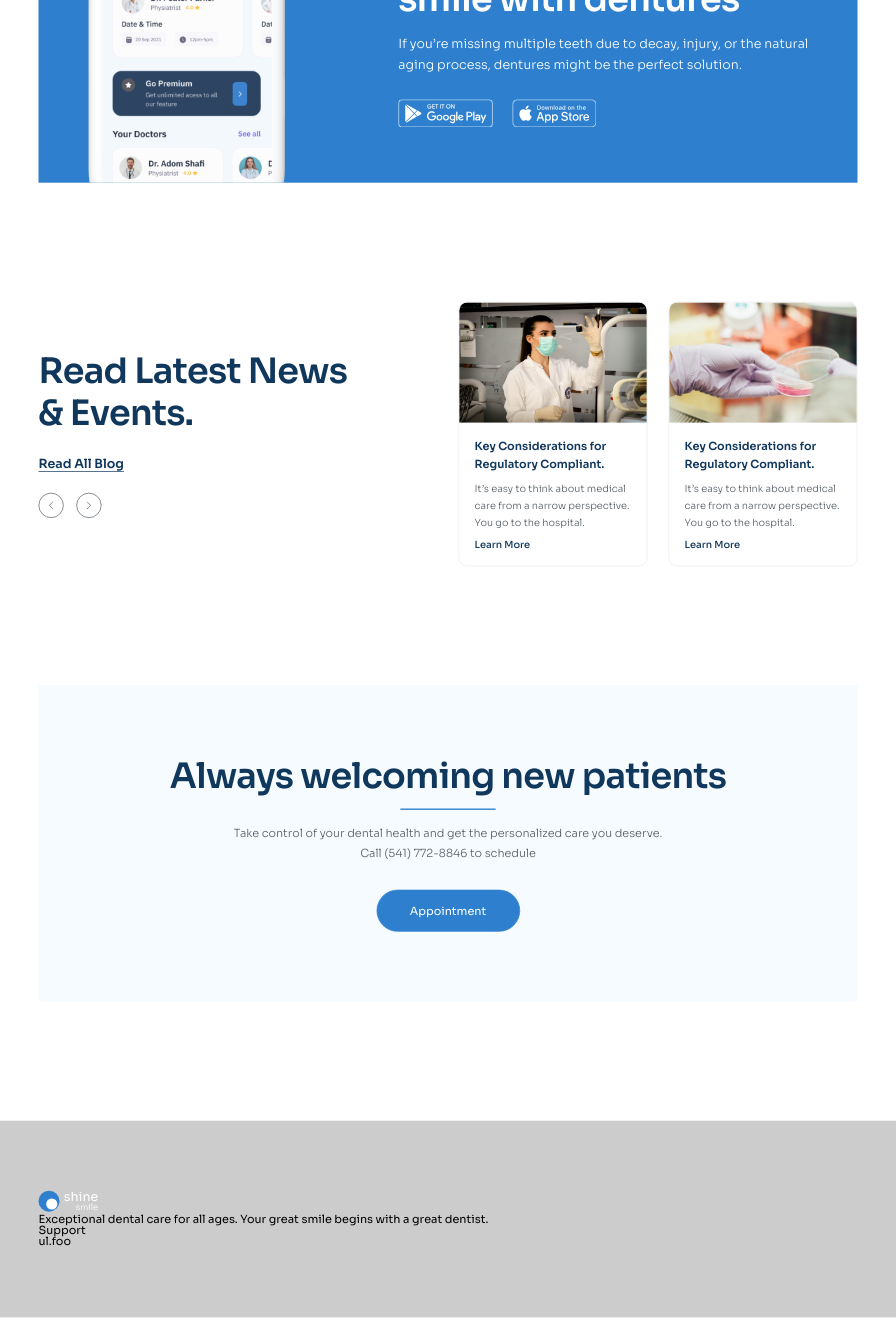
Repository: han2003dz/f8-project-03
Page: index.html
These files come from the project's save history. The page is drawn as it stood at one moment and after the next save; the edit follows.
The browser window is 1280 px wide. The pictures show the part of the page from y = 4580 to 6500 px (the page is 8000 px tall), at 70% of full size.

Above is the page before, as saved 2023-05-09 00:08:22.

### index.html
<!DOCTYPE html>
<html lang="en">

<head>
    <meta charset="UTF-8">
    <meta http-equiv="X-UA-Compatible" content="IE=edge">
    <meta name="viewport" content="width=device-width, initial-scale=1.0">
    <title>Shine Smile</title>
    <!-- favicon -->
    <link rel="apple-touch-icon" sizes="57x57" href="./assets/favicon/apple-icon-57x57.png">
    <link rel="apple-touch-icon" sizes="60x60" href="./assets/favicon/apple-icon-60x60.png">
    <link rel="apple-touch-icon" sizes="72x72" href="./assets/favicon/apple-icon-72x72.png">
    <link rel="apple-touch-icon" sizes="76x76" href="./assets/favicon/apple-icon-76x76.png">
    <link rel="apple-touch-icon" sizes="114x114" href="./assets/favicon/apple-icon-114x114.png">
    <link rel="apple-touch-icon" sizes="120x120" href="./assets/favicon/apple-icon-120x120.png">
    <link rel="apple-touch-icon" sizes="144x144" href="./assets/favicon/apple-icon-144x144.png">
    <link rel="apple-touch-icon" sizes="152x152" href="./assets/favicon/apple-icon-152x152.png">
    <link rel="apple-touch-icon" sizes="180x180" href="./assets/favicon/apple-icon-180x180.png">
    <link rel="icon" type="image/png" sizes="192x192" href="./assets/favicon/android-icon-192x192.png">
    <link rel="icon" type="image/png" sizes="32x32" href="./assets/favicon/favicon-32x32.png">
    <link rel="icon" type="image/png" sizes="96x96" href="./assets/favicon/favicon-96x96.png">
    <link rel="icon" type="image/png" sizes="16x16" href="./assets/favicon/favicon-16x16.png">
    <link rel="manifest" href="./assets/favicon/manifest.json">
    <meta name="msapplication-TileColor" content="#ffffff">
    <meta name="msapplication-TileImage" content="./assets/favicon/ms-icon-144x144.png">
    <meta name="theme-color" content="#ffffff">
    <!-- embed font -->
    <link rel="preconnect" href="https://fonts.googleapis.com">
    <link rel="preconnect" href="https://fonts.gstatic.com" crossorigin>
    <link href="https://fonts.googleapis.com/css2?family=Sora:wght@300;400;500;600;700&display=swap" rel="stylesheet">
    <!-- my css -->
    <link rel="stylesheet" href="/assets/css/reset.css">
    <link rel="stylesheet" href="/assets/css/style.css">
</head>

<body style="height: 8000px;">
    <header class="header">
        <div class="container">
            <!-- nav -->
            <div class="navigation">
                <a href="#!">
                    <div class="logo">
                        <span class="logo__circle"></span>
                        <span class="logo__text">
                            <span class="logo__brand">shine</span>
                            <span class="logo__brand logo__brand--small">smile</span>
                        </span>
                    </div>
                </a>
                <nav class="navbar">
                    <ul class="nav__list">
                        <li class="nav__item">
                            <a href="#!" class="nav__link nav__link--active">Home</a>
                        </li>
                        <li class="nav__item">
                            <a href="#!" class="nav__link">Services</a>
                        </li>
                        <li class="nav__item">
                            <a href="#!" class="nav__link">About</a>
                        </li>
                        <li class="nav__item">
                            <a href="#!" class="nav__link">Doctors</a>
                        </li>
                    </ul>
                </nav>
                <!-- action -->
                <div class="header-action">
                    <a href="#!" class="header-action__login">Log In</a>
                    <button href="#!" class="header-action__sign-up btn">Sign Up</button>
                </div>
            </div>
            <!-- hero -->
            <section class="hero">
                <!-- hero content -->
                <div class="hero__content">
                    <h1 class="hero__heading">Exceptional dental care for all ages.</h1>
                    <p class="hero__desc">Exceptional dental care for all ages. Your great smile begins with a great
                        dentist.</p>
                    <div class="hero__row">
                        <a href="#!" class="btn hero__btn">Book Online</a>
                        <span class="hero__phone">or call (123) 456-7890</span>
                    </div>
                </div>
                <div class="hero__media">
                    <figure class="hero__images">
                        <img src="./assets/img/img1__hero.jpg" alt="" class="hero__img">
                        <img src="./assets/img/img2__hero.jpg" alt="" class="hero__img">
                    </figure>
                </div>

            </section>
        </div>
    </header>
    <main>
        <!-- service -->
        <div class="service">
            <div class="container">
                <h2 class="section-heading">Our services</h2>
                <p class="section-desc">Exceptional dental care for all ages. Your great smile begins with a great
                    dentist.</p>
                <div class="service__row">
                    <figure>
                        <img src="./assets/img/service-img3.jpg" alt="" class="service__img">
                    </figure>
                    <div>
                        <div class="service__list">
                            <!-- item 1 -->
                            <section class="service-item">
                                <div class="service-item__icon">
                                    <!-- icon -->
                                    <svg width="22" height="24" viewBox="0 0 22 24" fill="none"
                                        xmlns="http://www.w3.org/2000/svg">
                                        <path
                                            d="M20.3598 2.63964C17.9506 -0.556131 14.2772 -0.568132 11.2481 1.10682C11.001 1.24657 10.7219 1.31411 10.4406 1.30222C10.1592 1.29033 9.88633 1.19945 9.65105 1.03931C8.49552 0.245717 7.29036 -0.316477 5.13904 0.207462C0.623408 1.3071 0 4.90379 0 8.99816C0.0797353 12.1602 0.500857 15.3032 1.25551 18.3683C2.11836 22.0168 3.90382 24 5.43354 24C6.96326 24 7.00963 22.2204 7.00963 20.8016C7.00963 19.2009 7.39505 14.8009 10.8642 14.8009C13.5317 14.8009 14.3333 18.4013 14.3333 20.8016C14.3329 23.095 15.1722 24 16.6628 24C19.5267 24 20.9796 15.3938 21.3719 13.1237C21.7642 10.8535 22.9882 6.12569 20.3598 2.63964Z"
                                            fill="currentColor" />
                                    </svg>
                                </div>
                                <div class="service-item__body">
                                    <h3 class="service-item__heading">Oral Surgery</h3>
                                    <p class="service-item__desc">
                                        Everything you expect and then some. Cleanings, fillings, and x-rays.
                                    </p>
                                </div>
                            </section>
                            <!-- item 2 -->
                            <section class="service-item">
                                <div class="service-item__icon">
                                    <!-- icon -->
                                    <svg width="22" height="24" viewBox="0 0 22 24" fill="none"
                                        xmlns="http://www.w3.org/2000/svg">
                                        <path
                                            d="M20.3598 2.63964C17.9506 -0.556131 14.2772 -0.568132 11.2481 1.10682C11.001 1.24657 10.7219 1.31411 10.4406 1.30222C10.1592 1.29033 9.88633 1.19945 9.65105 1.03931C8.49552 0.245717 7.29036 -0.316477 5.13904 0.207462C0.623408 1.3071 0 4.90379 0 8.99816C0.0797353 12.1602 0.500857 15.3032 1.25551 18.3683C2.11836 22.0168 3.90382 24 5.43354 24C6.96326 24 7.00963 22.2204 7.00963 20.8016C7.00963 19.2009 7.39505 14.8009 10.8642 14.8009C13.5317 14.8009 14.3333 18.4013 14.3333 20.8016C14.3329 23.095 15.1722 24 16.6628 24C19.5267 24 20.9796 15.3938 21.3719 13.1237C21.7642 10.8535 22.9882 6.12569 20.3598 2.63964Z"
                                            fill="currentColor" />
                                    </svg>
                                </div>
                                <div class="service-item__body">
                                    <h3 class="service-item__heading">Wisdom Teeth Removal</h3>
                                    <p class="service-item__desc">
                                        Everything you expect and then some. Cleanings, fillings, and x-rays.
                                    </p>
                                </div>
                            </section>
                            <!-- item 3 -->
                            <section class="service-item">
                                <div class="service-item__icon">
                                    <!-- icon -->
                                    <svg width="22" height="24" viewBox="0 0 22 24" fill="none"
                                        xmlns="http://www.w3.org/2000/svg">
                                        <path
                                            d="M20.3598 2.63964C17.9506 -0.556131 14.2772 -0.568132 11.2481 1.10682C11.001 1.24657 10.7219 1.31411 10.4406 1.30222C10.1592 1.29033 9.88633 1.19945 9.65105 1.03931C8.49552 0.245717 7.29036 -0.316477 5.13904 0.207462C0.623408 1.3071 0 4.90379 0 8.99816C0.0797353 12.1602 0.500857 15.3032 1.25551 18.3683C2.11836 22.0168 3.90382 24 5.43354 24C6.96326 24 7.00963 22.2204 7.00963 20.8016C7.00963 19.2009 7.39505 14.8009 10.8642 14.8009C13.5317 14.8009 14.3333 18.4013 14.3333 20.8016C14.3329 23.095 15.1722 24 16.6628 24C19.5267 24 20.9796 15.3938 21.3719 13.1237C21.7642 10.8535 22.9882 6.12569 20.3598 2.63964Z"
                                            fill="currentColor" />
                                    </svg>
                                </div>
                                <div class="service-item__body">
                                    <h3 class="service-item__heading">Preventative Dentistry</h3>
                                    <p class="service-item__desc">
                                        Everything you expect and then some. Cleanings, fillings, and x-rays.
                                    </p>
                                </div>
                            </section>
                        </div>
                        <a href="" class="btn service__btn">All Services</a>
                    </div>
                </div>
            </div>
        </div>
        <section class="work">
            <div class="container">
                <h2 class="section-heading heading__work">How it works</h2>
                <p class="section-desc desc__work">Exceptional dental care for all ages. Your great smile begins with a
                    great dentist.
                </p>
                <div class="work__list">
                    <!-- item 1 -->
                    <section class="work-item">
                        <img src="./assets/icon/search.svg" alt="" class="work-item__icon">
                        <h3 class="work-item__heading">Search doctor</h3>
                        <p class="work-item__desc">Search a doctor by education, qualifications or experience-contact
                            for inquiry.
                        </p>
                        <a href="#!" class="learn-more">Learn More</a>
                    </section>
                    <!-- item 2 -->
                    <section class="work-item">
                        <img src="./assets/icon/search-user.svg" alt="" class="work-item__icon">
                        <h3 class="work-item__heading">Find best doctor</h3>
                        <p class="work-item__desc">Search a doctor by education, qualifications or experience-contact
                            for inquiry.
                        </p>
                        <a href="#!" class="learn-more">Learn More</a>
                    </section>
                    <!-- item 3 -->
                    <section class="work-item">
                        <img src="./assets/icon/bag.svg" alt="" class="work-item__icon">
                        <h3 class="work-item__heading">Get treatment</h3>
                        <p class="work-item__desc">Search a doctor by education, qualifications or experience-contact
                            for inquiry.
                        </p>
                        <a href="#!" class="learn-more">Learn More</a>
                    </section>
                </div>
            </div>
        </section>
        <!-- feature -->
        <section class="feature">
            <div class="container">
                <div class="feature-body">
                    <div class="feature__media">
                        <figure class="feature__images">
                            <img src="./assets/img/feature-img1.jpg" alt="" class="feature__img">
                            <img src="./assets/img/feature-img2.jpg" alt="" class="feature__img">
                        </figure>
                    </div>
                    <section class="feature__content">
                        <h2 class="section-heading">Take back your smile with shine.</h2>
                        <p class="section-desc">If you’re missing multiple teeth due to decay, injury, or the natural
                            aging
                            process, dentures might be the perfect solution.
                        </p>
                        <a href="#!" class="btn feature__cta">Learn More</a>
                    </section>
                </div>
            </div>
        </section>
        <section class="member">
            <div class="container">
                <header class="member__header">
                    <h2 class="section-heading member__heading">Our virtual dentist</h2>
                    <a href="#!" class="btn member__cta">Meet our dentist</a>
                </header>
                <div class="member__list">
                    <!-- item 1 -->
                    <article class="member-item">
                        <div class="member-item__img-bg">
                            <img src="./assets/img/dr1.png" alt="Dr. Essence Page" class="member__img">
                        </div>
                        <h3 class="member-item__name">Dr. Essence Page</h3>
                        <p class="member-item__desc">DDS, California - Linda University</p>
                    </article>
                    <!-- item 2 -->
                    <article class="member-item">
                        <div class="member-item__img-bg">
                            <img src="./assets/img/dr2.png" alt="Dr. Essence Page" class="member__img">
                        </div>
                        <h3 class="member-item__name">Dr. Essence Page</h3>
                        <p class="member-item__desc">DDS, California - Linda University</p>
                    </article>
                    <!-- item 3 -->
                    <article class="member-item">
                        <div class="member-item__img-bg">
                            <img src="./assets/img/dr3.png" alt="Dr. Essence Page" class="member__img">
                        </div>
                        <h3 class="member-item__name">Dr. Essence Page</h3>
                        <p class="member-item__desc">DDS, California - Linda University</p>
                    </article>
                    <!-- item 4 -->
                    <article class="member-item">
                        <div class="member-item__img-bg">
                            <img src="./assets/img/dr4.png" alt="Dr. Essence Page" class="member__img">
                        </div>
                        <h3 class="member-item__name">Dr. Essence Page</h3>
                        <p class="member-item__desc">DDS, California - Linda University</p>
                    </article>
                </div>
                <div class="control">
                    <!-- previous -->
                    <button class="control__btn">
                        <svg width="6" height="12" viewBox="0 0 6 12" fill="none" xmlns="http://www.w3.org/2000/svg">
                            <path d="M5.5 1L0.5 6L5.5 11" stroke="currentColor" stroke-linecap="round"
                                stroke-linejoin="round" />
                        </svg>
                    </button>
                    <!-- next -->
                    <button class="control__btn">
                        <svg class="control-next" width="6" height="12" viewBox="0 0 6 12" fill="none"
                            xmlns="http://www.w3.org/2000/svg">
                            <path d="M5.5 1L0.5 6L5.5 11" stroke="currentColor" stroke-linecap="round"
                                stroke-linejoin="round" />
                        </svg>
                    </button>
                </div>
            </div>
        </section>
        <!-- install -->
        <section class="install">
            <div class="container">
                <div class="install__inner">
                    <figure>
                        <img src="./assets/img/install-img.png" alt="" class="install__img">
                    </figure>
                    <div class="install__content">
                        <h2 class="install-heading section-heading">Take back your smile with dentures</h2>
                        <p class="install-desc section-desc">If you’re missing multiple teeth due to decay, injury, or
                            the natural aging process, dentures might be the perfect solution.
                        </p>
                        <div class="install__row">
                            <a href="#!">
                                <img src="./assets/icon/google-play.svg" alt="" class="install__icon">
                            </a>
                            <a href="#!">
                                <img src="./assets/icon/app-store.svg" alt="" class="install__icon">
                            </a>
                        </div>
                    </div>
                </div>
            </div>
        </section>
        <!-- new -->
        <section class="new">
            <div class="container">
                <div class="new__body">
                    <section class="new__content">
                        <h2 class="section-heading">
                            Read Latest News & Events.
                        </h2>
                        <a href="#!" class="new__more">Read All Blog</a>
                        <div class="control">
                            <!-- previous -->
                            <button class="control__btn">
                                <svg width="6" height="12" viewBox="0 0 6 12" fill="none"
                                    xmlns="http://www.w3.org/2000/svg">
                                    <path d="M5.5 1L0.5 6L5.5 11" stroke="currentColor" stroke-linecap="round"
                                        stroke-linejoin="round" />
                                </svg>
                            </button>
                            <!-- next -->
                            <button class="control__btn">
                                <svg class="control-next" width="6" height="12" viewBox="0 0 6 12" fill="none"
                                    xmlns="http://www.w3.org/2000/svg">
                                    <path d="M5.5 1L0.5 6L5.5 11" stroke="currentColor" stroke-linecap="round"
                                        stroke-linejoin="round" />
                                </svg>
                            </button>
                        </div>
                    </section>
                    <div class="new__list">
                        <article class="new-item">
                            <figure>
                                <img src="./assets/img/new-img1.jpg" alt="" class="new-item__img">
                            </figure>
                            <section class="new-item__body">
                                <h4 class="new__item-heading">Key Considerations for Regulatory Compliant.</h4>
                                <p class="new__item-desc">It’s easy to think about medical care from a narrow
                                    perspective. You go to the hospital.</p>
                                <a href="#!" class="new__learn-more">Learn More</a>
                            </section>
                        </article>
                        <article class="new-item">
                            <figure>
                                <img src="./assets/img/new-img2.jpg" alt="" class="new-item__img">
                            </figure>
                            <section class="new-item__body">
                                <h4 class="new__item-heading">Key Considerations for Regulatory Compliant.</h4>
                                <p class="new__item-desc">It’s easy to think about medical care from a narrow
                                    perspective. You go to the hospital.</p>
                                <a href="#!" class="new__learn-more">Learn More</a>
                            </section>
                        </article>
                    </div>
                </div>
            </div>
        </section>
        <!-- appointment -->
        <section class="appointment">
            <div class="container">
                <div class="appointment__inner">
                    <h2 class="appointment-heading section-heading">
                        Always welcoming new patients
                    </h2>
                    <p class="appointment-desc section-desc">Take control of your dental health and get the personalized
                        care you
                        deserve. Call (541) 772-8846 to schedule
                    </p>
                    <a href="#!" class="appointment-btn btn">Appointment</a>
                </div>
            </div>
        </section>
    </main>
    <!-- footer -->
    <footer class="footer">
        <div class="container">
            <div class="footer__row">
                <div class="footer__col">
                    <a href="#!">
                        <div class="logo">
                            <span class="logo__circle"></span>
                            <span class="logo__text">
                                <span class="logo__brand">shine</span>
                                <span class="logo__brand logo__brand--small">smile</span>
                            </span>
                        </div>
                    </a>
                    <p class="footer__desc">Exceptional dental care for all ages. Your great smile begins with a great
                        dentist.
                    </p>
                </div>
                <div class="footer__col">
                    <h3 class="footer__heading">Support</h3>
                    ul.foo
                </div>
                <div class="footer__col"></div>
                <div class="footer__col"></div>
            </div>
        </div>
    </footer>
    <script src="./assets/app.js"></script>
</body>

</html>

Loaded but not shown: assets/css/reset.css (common file); assets/app.js (7 lines, source omitted); assets/css/style.css (639 lines, source omitted)

After the next save:
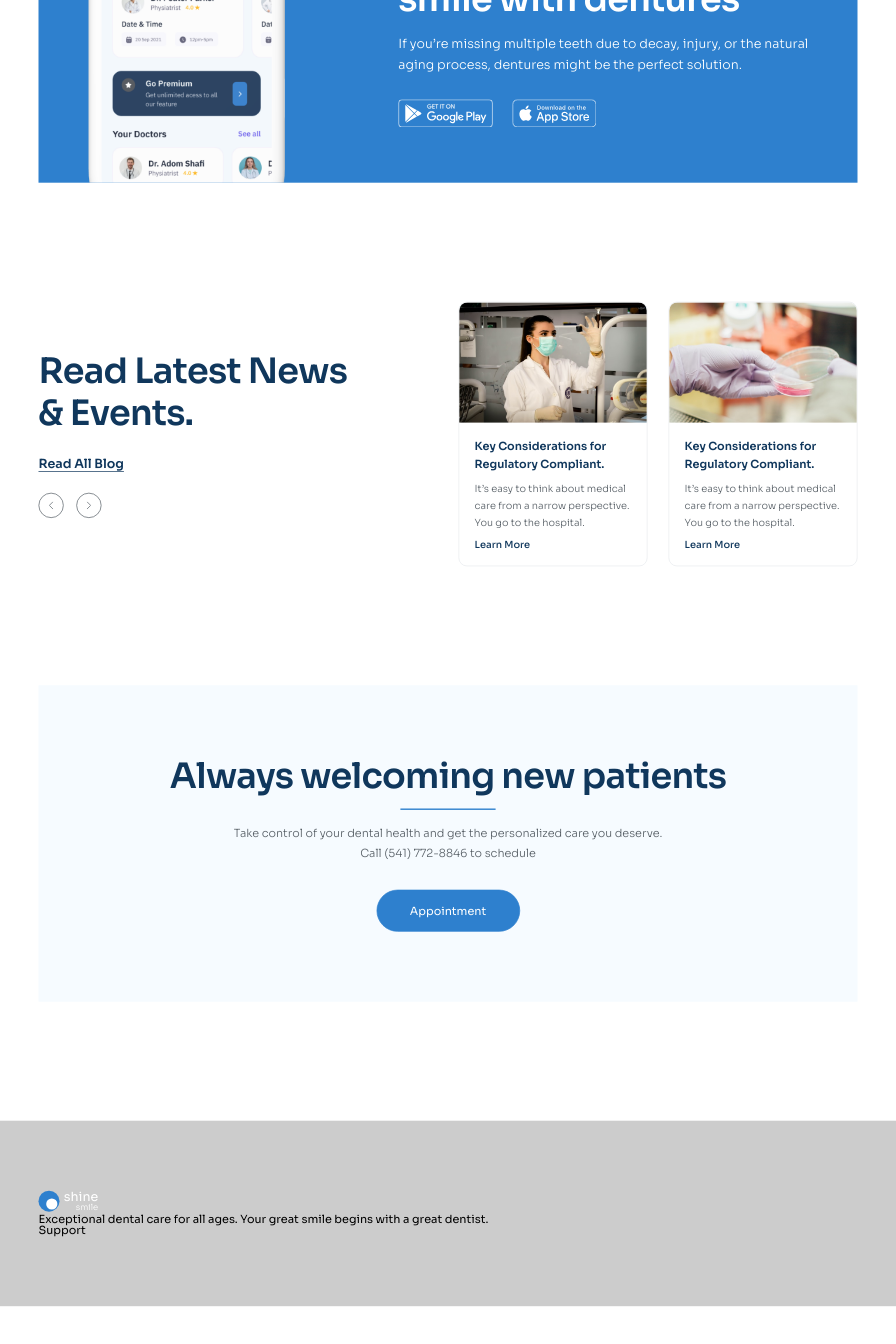
Saved 8 s later.
--- a/index.html
+++ b/index.html
@@ -396,7 +396,9 @@
                 </div>
                 <div class="footer__col">
                     <h3 class="footer__heading">Support</h3>
-                    ul.foo
+                    <ul class="footer__list">
+
+                    </ul>
                 </div>
                 <div class="footer__col"></div>
                 <div class="footer__col"></div>
